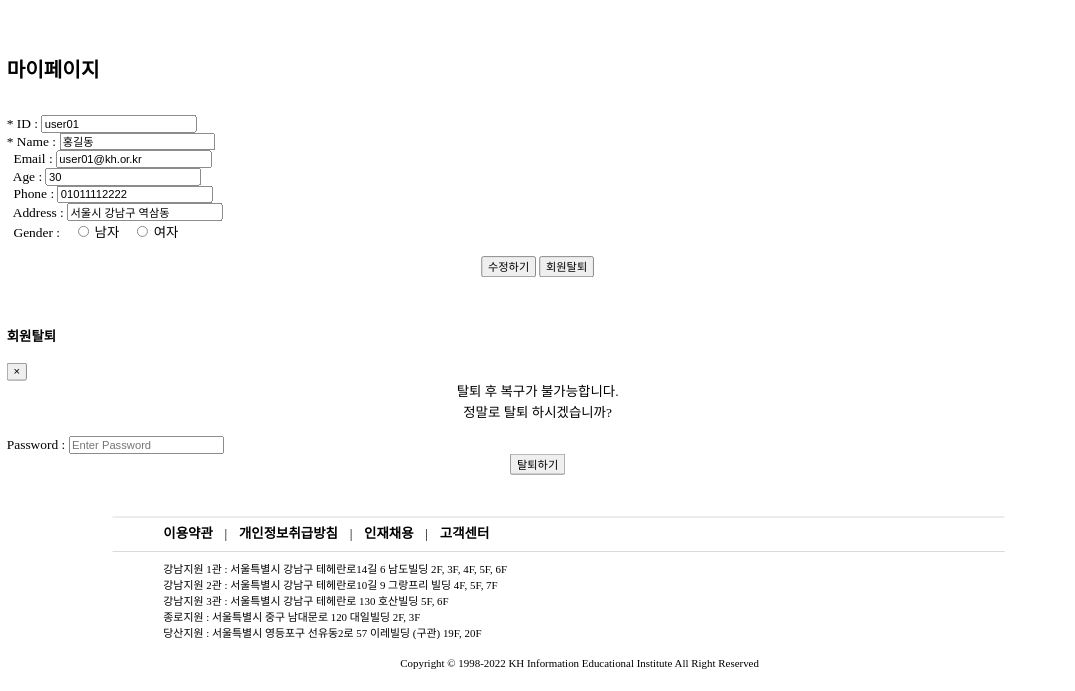
Repository: soma-kim/Spring
Page: http://localhost/Spring_Project/WEB-INF/views/member/myPage.jsp
The author's editor kept a copy of each file at every save. The page is drawn from the files as they stood at one save, then again after the next save.
The browser window is 1280 px wide. The pictures show the whole page, at 84% of full size.
Pictures or frames that could not be fetched are drawn as grey boxes. The page is served by Tomcat 9. Nobody is signed in. The template is opened directly, without the code that normally fills it, so the values that code supplies are empty.

Above is the page before, as saved 2022-11-21 01:18:11.

After the next save:
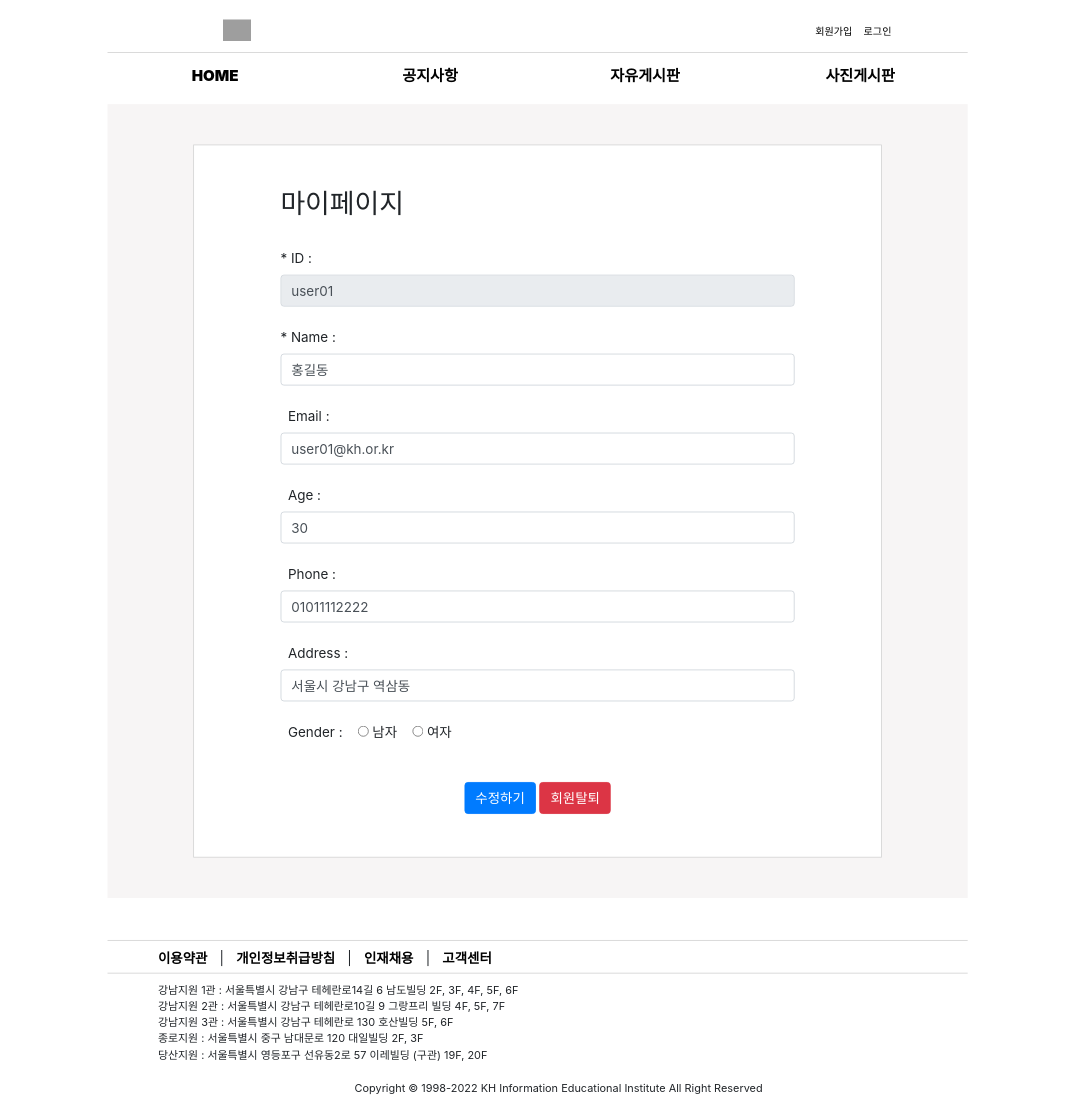
Saved 9 s later.
--- a/Spring_Project/src/main/webapp/WEB-INF/views/member/myPage.jsp
+++ b/Spring_Project/src/main/webapp/WEB-INF/views/member/myPage.jsp
@@ -8,7 +8,7 @@
 </head>
 <body>
 
-    <jsp:include page="" />
+    <jsp:include page="../common/header.jsp" />
 
     <div class="content">
         <br><br>
